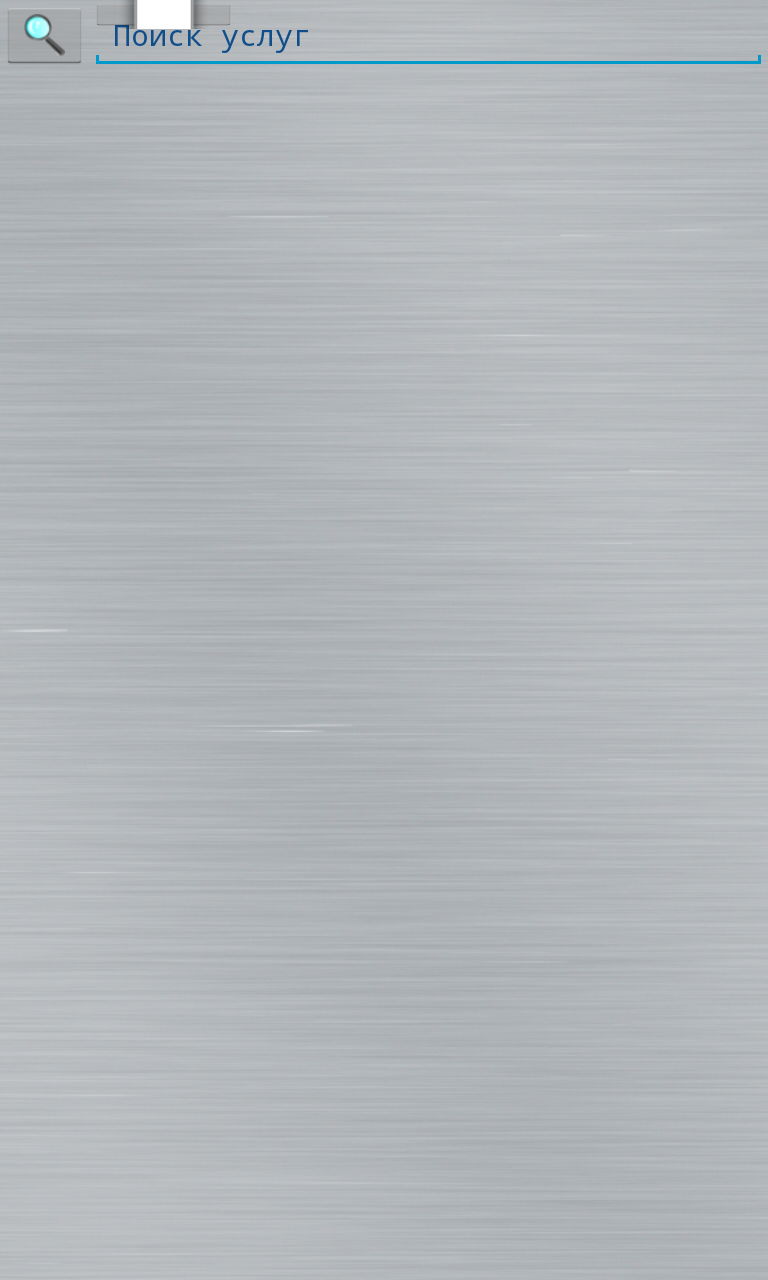
Repository: complexityclass/GosClient
Layout: Client/res/layout/listview_searchbar_layout.xml
An editor plug-in stored every save of this project. The layout is shown before and after the next save, followed by the edit.
It is drawn on a 768 x 1280 px phone screen (xhdpi) without system bars, with theme AppTheme; the app's code is not run. Lists and similar views that code fills are empty.

Above is the layout before, as saved 2013-05-23 06:21:11.

After the next save:
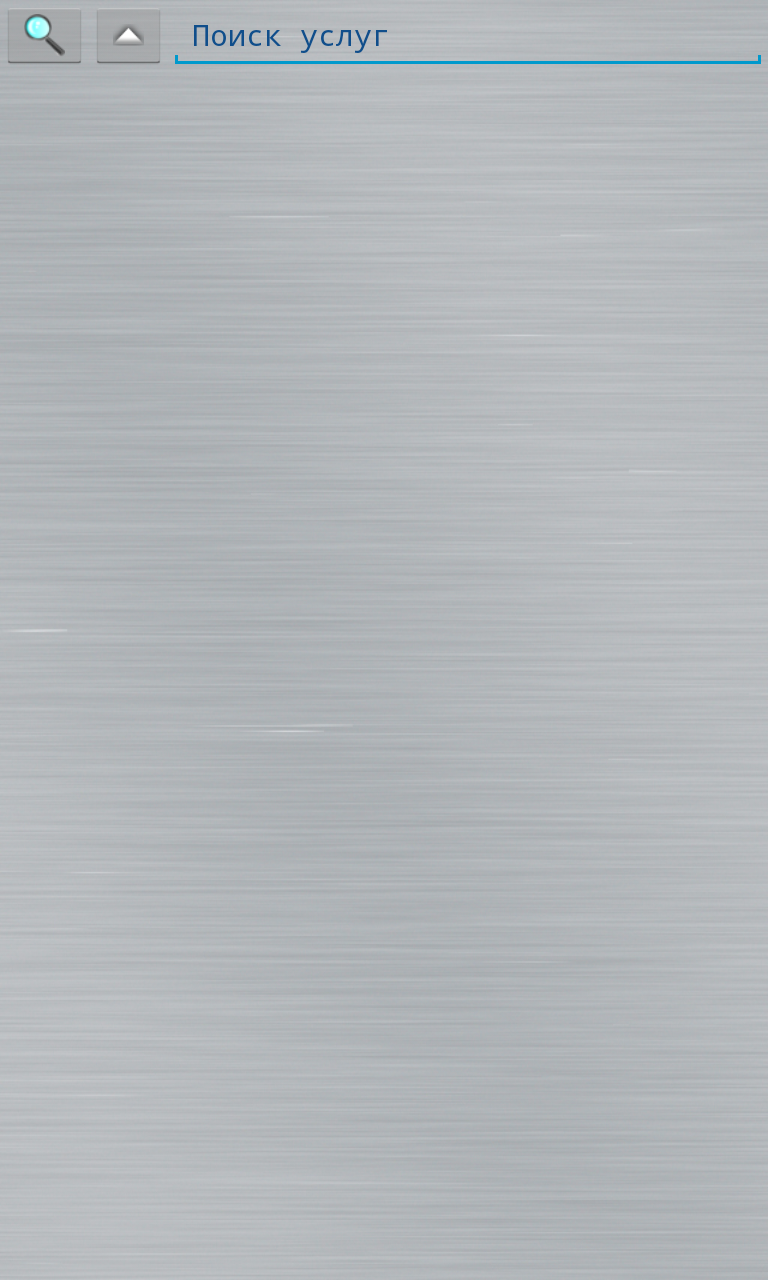
Saved 77 s later.
--- a/Client/res/layout/listview_searchbar_layout.xml
+++ b/Client/res/layout/listview_searchbar_layout.xml
@@ -10,7 +10,7 @@
         android:layout_height="wrap_content"
         android:layout_alignParentRight="true"
         android:layout_alignParentTop="true"
-        android:layout_toRightOf="@+id/ImageButton01"
+        android:layout_toRightOf="@+id/imageButton1"
         android:cursorVisible="false"
         android:ems="10"
         android:singleLine="true"
@@ -43,9 +43,9 @@
         android:id="@+id/imageButton1"
         android:layout_width="wrap_content"
         android:layout_height="wrap_content"
-        android:layout_alignBottom="@+id/editText1"
-        android:layout_alignLeft="@+id/editText1"
-        android:layout_marginBottom="21dp"
-        android:src="@android:drawable/alert_light_frame" />
+        android:layout_alignBottom="@+id/ImageButton01"
+        android:layout_alignParentTop="true"
+        android:layout_toRightOf="@+id/ImageButton01"
+        android:src="@android:drawable/arrow_up_float" />
 
 </RelativeLayout>
